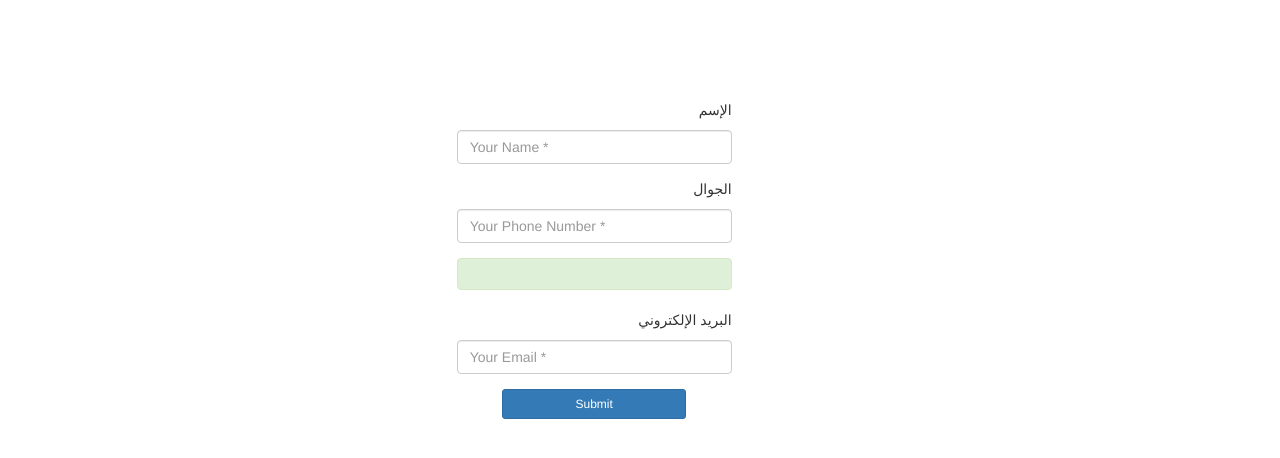
Repository: Abdaljawad-Aya/Itbeep-task
Page: http://localhost/form-user
These files come from the project's save history. The page is drawn as it stood at one moment and after the next save; the edit follows.
The browser window is 1280 px wide. The pictures show the whole page.
The page is served by the project's Laravel application, run on PHP 8.4 with Laravel 8.

Above is the page before, as saved 2021-03-07 21:48:18.
Console error: TypeError: $(...).validate is not a function

After the next save:
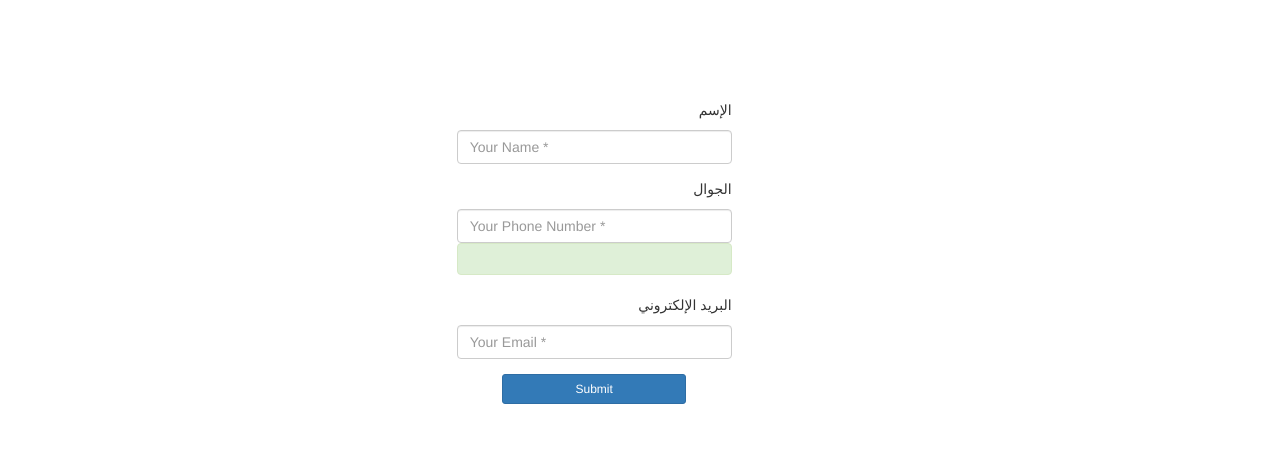
Saved 18 s later.
--- a/singlePageApp/resources/views/form-user.blade.php
+++ b/singlePageApp/resources/views/form-user.blade.php
@@ -57,11 +57,12 @@
                  </strong>
              </span>
          @endif
+         <div class="alert alert-success d-none" id="msg_div">
+            <span id="res_message"></span>
+        </div>
         </div>
 
-        <div class="alert alert-success d-none" id="msg_div">
-            <span id="res_message"></span>
-        </div>
+
          {{-- EMAIL --}}
          <div class="form-group" {{$errors->has('email') ? 'has-error' : ''}}>
              <p style="text-align: right">البريد الإلكتروني</p>
